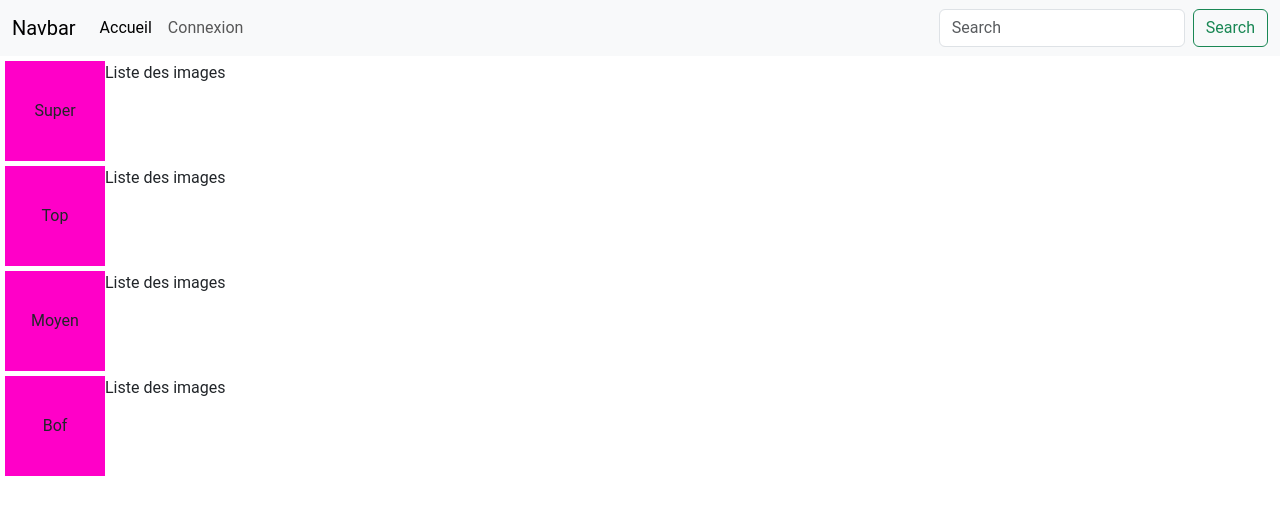
Repository: tecouz/Angular
Page: / (app in projet Angular/demo-angular-dfs2-g2/)
These files come from the project's save history. The page is drawn as it stood at one moment and after a run of saves; the edit follows.
The browser window is 1280 px wide. The pictures show the whole page.
The project was rebuilt for these pictures with package versions that can differ from the ones it lists, and the page was loaded fresh each time. Also part of the build but not shown: projet Angular/demo-angular-dfs2-g2/angular.json, projet Angular/demo-angular-dfs2-g2/src/app/pages/connexion/connexion.component.ts, projet Angular/demo-angular-dfs2-g2/src/app/pages/page404/page404.component.ts.

Above is the page before, as saved 2024-11-25 11:47:40.

### projet Angular/demo-angular-dfs2-g2/src/index.html
<!doctype html>
<html lang="en">
<head>
  <meta charset="utf-8">
  <title>DemoAngularDfs2G2</title>
  <base href="/">
  <meta name="viewport" content="width=device-width, initial-scale=1">
  <link rel="icon" type="image/x-icon" href="favicon.ico">
  <link href="https://cdn.jsdelivr.net/npm/bootstrap@5.3.3/dist/css/bootstrap.min.css" rel="stylesheet" integrity="sha384-QWTKZyjpPEjISv5WaRU9OFeRpok6YctnYmDr5pNlyT2bRjXh0JMhjY6hW+ALEwIH" crossorigin="anonymous">
</head>
<body>
  <app-root></app-root>
  <script src="https://cdn.jsdelivr.net/npm/bootstrap@5.3.3/dist/js/bootstrap.bundle.min.js" integrity="sha384-YvpcrYf0tY3lHB60NNkmXc5s9fDVZLESaAA55NDzOxhy9GkcIdslK1eN7N6jIeHz" crossorigin="anonymous"></script>
</body>
</html>

### projet Angular/demo-angular-dfs2-g2/src/app/app.component.ts
import { Component } from '@angular/core';
import { RouterLink, RouterOutlet } from '@angular/router';

@Component({
  selector: 'app-root',
  imports: [RouterOutlet, RouterLink],
  templateUrl: './app.component.html',
  styleUrl: './app.component.scss'
})
export class AppComponent {
  title = 'demo-angular-dfs2-g2';
}

### projet Angular/demo-angular-dfs2-g2/src/app/app.routes.ts
import { Routes } from '@angular/router';
import { AccueilComponent } from './pages/accueil/accueil.component';
import { ConnexionComponent } from './pages/connexion/connexion.component';
import { Page404Component } from './pages/page404/page404.component';

export const routes: Routes = [
    {path: "accueil", component: AccueilComponent},
    {path: "connexion", component: ConnexionComponent},
    {path: "", redirectTo: "accueil", pathMatch: "full"},
    {path: "**", component:Page404Component},
];

### projet Angular/demo-angular-dfs2-g2/src/app/app.component.html
<nav class="navbar navbar-expand-lg bg-body-tertiary">
  <div class="container-fluid">
    <a class="navbar-brand">Navbar</a>
    <button class="navbar-toggler" type="button" data-bs-toggle="collapse" data-bs-target="#navbarSupportedContent"
      aria-controls="navbarSupportedContent" aria-expanded="false" aria-label="Toggle navigation">
      <span class="navbar-toggler-icon"></span>
    </button>
    <div class="collapse navbar-collapse" id="navbarSupportedContent">
      <ul class="navbar-nav me-auto mb-2 mb-lg-0">
        <li class="nav-item">
          <a class="nav-link active" routerLink="/accueil">Accueil</a>
        </li>
        <li class="nav-item">
          <a class="nav-link" routerLink="/connexion">Connexion</a>
        </li>
      </ul>
      <form class="d-flex" role="search">
        <input class="form-control me-2" type="search" placeholder="Search" aria-label="Search">
        <button class="btn btn-outline-success" type="submit">Search</button>
      </form>
    </div>
  </div>
</nav>

<router-outlet></router-outlet>

### projet Angular/demo-angular-dfs2-g2/src/app/pages/accueil/accueil.component.ts
import { Component } from '@angular/core';

@Component({
  selector: 'app-accueil',
  imports: [],
  templateUrl: './accueil.component.html',
  styleUrl: './accueil.component.scss'
})
export class AccueilComponent {
  compteur = 0;
  listeCategories = ["Super", "Top", "Moyen", "Bof"];

}

### projet Angular/demo-angular-dfs2-g2/src/app/pages/accueil/accueil.component.html
@for (categorie of listeCategories; track $index) {
<div class="categorie">
    <div class="en-tete">
        {{categorie}}
    </div>
    <div class="images">
        Liste des images
    </div>
</div>
}

### projet Angular/demo-angular-dfs2-g2/src/app/pages/accueil/accueil.component.scss
.categorie{
    display: flex;
    margin: 5px;

    .en-tete{
        width: 100px;
        height: 100px;
        background-color: #ff00c8;
        display: flex;
        align-items: center;
        justify-content: center;
    }
}

Loaded but not shown: projet Angular/demo-angular-dfs2-g2/src/styles.scss (common file); projet Angular/demo-angular-dfs2-g2/src/main.ts (common file); projet Angular/demo-angular-dfs2-g2/src/app/app.config.ts (common file); projet Angular/demo-angular-dfs2-g2/src/app/app.component.scss (no stored copy; drawn as an empty file)

After the next 4 saves:
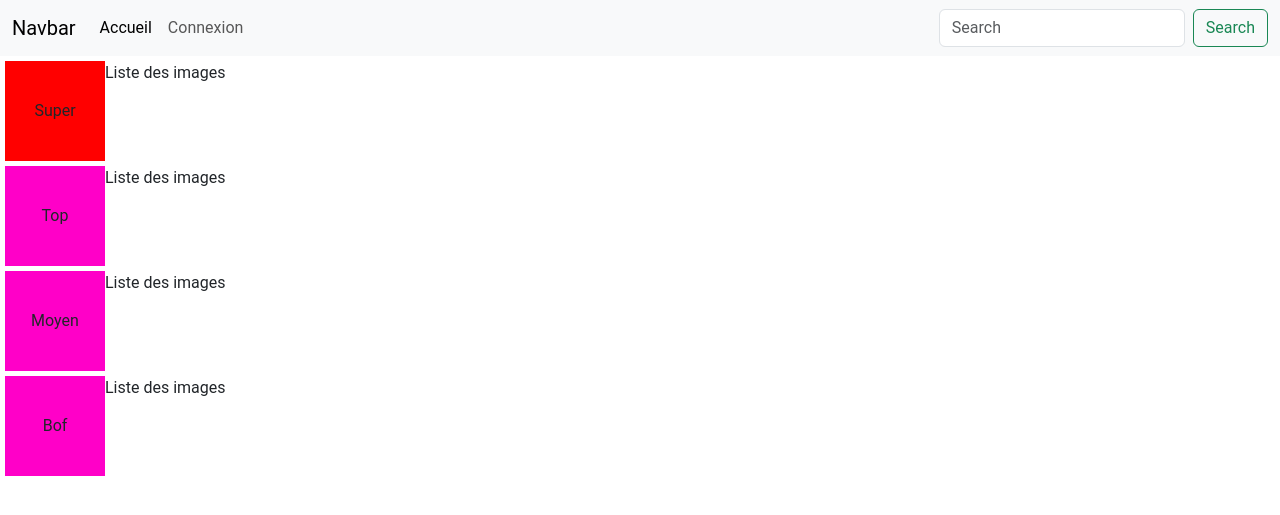
The 4 saves are shown as one change because 3 did not build or start.
The last was saved 2 min 40 s later.
--- a/projet Angular/demo-angular-dfs2-g2/src/app/pages/accueil/accueil.component.scss
+++ b/projet Angular/demo-angular-dfs2-g2/src/app/pages/accueil/accueil.component.scss
@@ -10,4 +10,10 @@
         align-items: center;
         justify-content: center;
     }
+
+    &:nth-child(1){
+        .en-tete{
+            background-color: red;
+        }
+    }
 }
